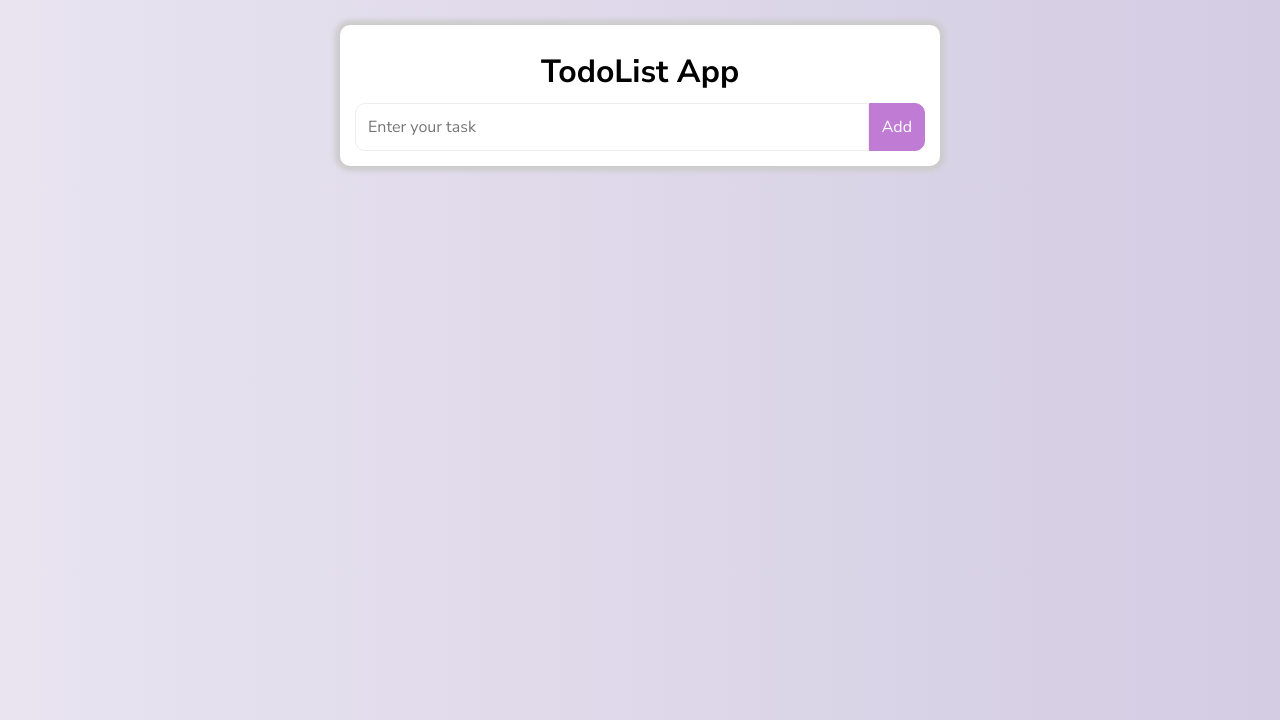
Repository: anhquan74-dev/todolist_app
Page: index.html
An editor plug-in stored every save of this project. The page is shown before and after the next save, followed by the edit.
The browser window is 1280 px wide. The pictures show the whole page.
Empty fields were first filled with sample values (such as "Sample", 5 or name@example.com).
After loading, the first visible `button.add-btn` was clicked once.
Some web libraries are served in a nearby version.

Above is the page before, as saved 2022-07-21 17:54:11.

### index.html
<!DOCTYPE html>
<html lang="en">
  <head>
    <meta charset="UTF-8" />
    <meta http-equiv="X-UA-Compatible" content="IE=edge" />
    <meta name="viewport" content="width=device-width, initial-scale=1.0" />
    <title>TodoList Web Application</title>
    <link rel="stylesheet" href="style.css" />
    <link
      rel="stylesheet"
      href="https://cdnjs.cloudflare.com/ajax/libs/font-awesome/6.1.1/css/all.min.css"
      integrity="sha512-KfkfwYDsLkIlwQp6LFnl8zNdLGxu9YAA1QvwINks4PhcElQSvqcyVLLD9aMhXd13uQjoXtEKNosOWaZqXgel0g=="
      crossorigin="anonymous"
      referrerpolicy="no-referrer"
    />
  </head>
  <body>
    <div class="todo-app">
      <h1>TodoList App</h1>
      <div class="form-control">
        <input id="input-text" type="text" placeholder="Enter your task" />
        <button class="add-btn">Add</button>
      </div>
      <ul id="list-item">
        <!-- <li class="item">
          Homework
          <a class="edit-btn">Edit</a>
          <a class="delete-btn">Delete</a>
        </li> -->
      </ul>
    </div>
    <script src="main.js"></script>
  </body>
</html>

### style.css
@import url('https://fonts.googleapis.com/css2?family=Nunito+Sans:ital,wght@0,300;0,400;0,600;0,700;0,800;0,900;1,300;1,400;1,600;1,700;1,800;1,900&display=swap');

*, *::after, *::before {
    margin: 0;
    padding: 0;
    box-sizing: border-box;
    font-family: 'Nunito Sans', sans-serif;

}

body {
    background: #D3CCE3;  /* fallback for old browsers */
background: -webkit-linear-gradient(to right, #E9E4F0, #D3CCE3);  /* Chrome 10-25, Safari 5.1-6 */
background: linear-gradient(to right, #E9E4F0, #D3CCE3); /* W3C, IE 10+/ Edge, Firefox 16+, Chrome 26+, Opera 12+, Safari 7+ */

}

input {
    background-color: white;
}

.todo-app {
    background-color: white;
    max-width: 600px;
    margin: 25px auto;
    border-radius: 10px;
    padding: 15px;
    box-shadow: 0px 0px 5px 5px #ccc;
}

h1 {
    text-align: center;
    margin: 10px;
}

.form-control {
    display: flex;
    align-items: center;
}

#input-text {
    font-size: 16px;
    padding: 12px;
    width: 100%;
    outline: none;
    border: 1px solid #eee;
    border-radius: 10px 0px 0px 10px;
}

.add-btn {
    font-size: 16px;
    padding: 12px;
    outline: none;
    border: 1px solid #c07cd4;
    border-radius: 0px 10px 10px 0px;
    cursor: pointer;
    background-color: #c07cd4;
    color: white;
}

.add-btn:hover {
    background-color: #a13bc0;
    border: 1px solid #a13bc0;
}

.list-item {
    list-style-type:none;
    margin-top: 20px;
}

.item {
    padding: 12px 12px 12px 40px;
    background-color: #f3f5fc;
    margin:4px 0;
    position: relative;
    overflow: hidden;
    cursor: pointer;
}

.edit-btn,.delete-btn{
    font-weight: 700;
    color: #aaaaaa;
}

.edit-btn {
    position: absolute;
    top: 50%;
    transform: translateY(-50%);
    right: 90px;
}

.delete-btn {
    position: absolute;
    top: 50%;
    transform: translateY(-50%);
    right: 20px;
}

.item:hover  span{
    opacity: 1;
    transform: translateX(-100%);
}

.edit-btn:hover {
    color: black;
}

.delete-btn:hover {
    color: #CF2323;

}

li.checked {
    background-color: #d2d9f0;
    text-decoration: line-through;
}

ul li.checked::before {
    content: '';
    position: absolute;
    border-color: black;
    border-style: solid;
    border-width: 0 2px 2px 0;
    top: 12px;
    left: 20px;
    transform: rotate(45deg);
    height: 15px;
    width: 7px;
  }

### main.js
let inputElement = document.getElementById("input-text");
let addBtnElement = document.getElementsByClassName("add-btn")[0];
let ulElement = document.getElementById("list-item");
let editElement = document.getElementsByClassName("edit-btn")[0];
let deleteElement = document.getElementsByClassName("delete-btn")[0];

// tu localstorage ta lay du lieu do vao mot array
let tasks = getTasksFromLocalStorage();
// hien thi danh sach task ra man hinh
renderTasks(tasks);

// bat su kien cho nut them task
addBtnElement.addEventListener("click", function () {
  if (!inputElement.value) {
    alert("You must write something!");
    return false;
  }

  let tasks = getTasksFromLocalStorage();
  if(this.id)
  tasks.push({ name: inputElement.value });
  inputElement.value = "";

  localStorage.setItem("tasks", JSON.stringify(tasks));

  renderTasks(tasks);
});

// ham hien thi danh sach task
function renderTasks(tasks = []) {
  let content = "";
  tasks.forEach((task, index) => {
    content += `<li class="item">
                  ${task.name}
                  <a class="edit-btn" onclick="editTask(${index})">Edit</a>
                  <a class="delete-btn" onclick="deleteTask(${index})">Delete</a>
                </li>`;
  });
  document.getElementById("list-item").innerHTML = content;
}

// ham lay du lieu tu localstorage
function getTasksFromLocalStorage() {
  return localStorage.getItem("tasks")
    ? JSON.parse(localStorage.getItem("tasks"))
    : [];
}

// bat su kien khi click vao li cua ul (nghia la cong viec da hoan thanh)
ulElement.addEventListener("click", function (e) {
  if (e.target.nodeName === "LI") {
    e.target.classList.toggle("checked");
  }
});

// su kien nut edit
function editTask(id) {
  let tasks = getTasksFromLocalStorage();
  inputElement.value = tasks[id].name;
  addBtnElement.setAttribute("id", id);
}

// su kien nut delete
function deleteTask(id) {
  if (confirm("Are you sure to delete?")) {
    let tasks = getTasksFromLocalStorage();
    tasks.splice(id, 1);
    localStorage.setItem("tasks", JSON.stringify(tasks));
    renderTasks(tasks);
  }
}

After the next save:
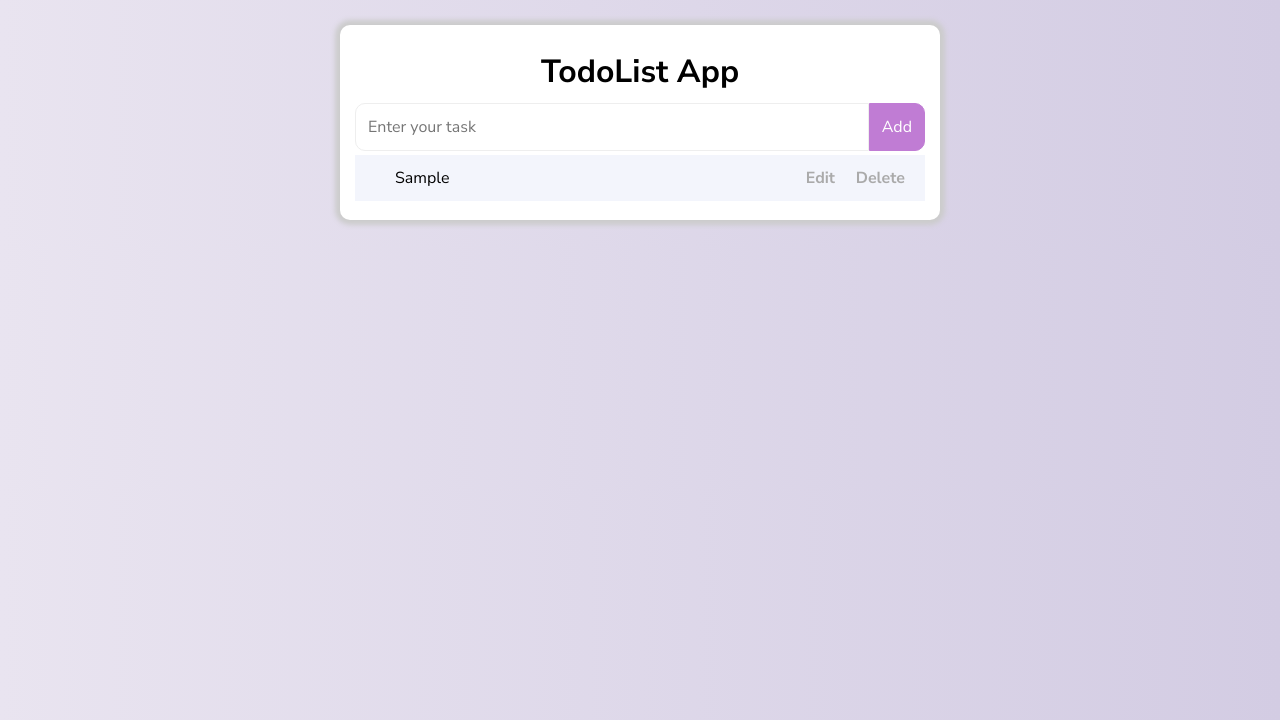
Saved 4 s later.
--- a/main.js
+++ b/main.js
@@ -17,7 +17,9 @@ addBtnElement.addEventListener("click", function () {
   }
 
   let tasks = getTasksFromLocalStorage();
-  if(this.id)
+  if(this.id){
+
+  }
   tasks.push({ name: inputElement.value });
   inputElement.value = "";
 
